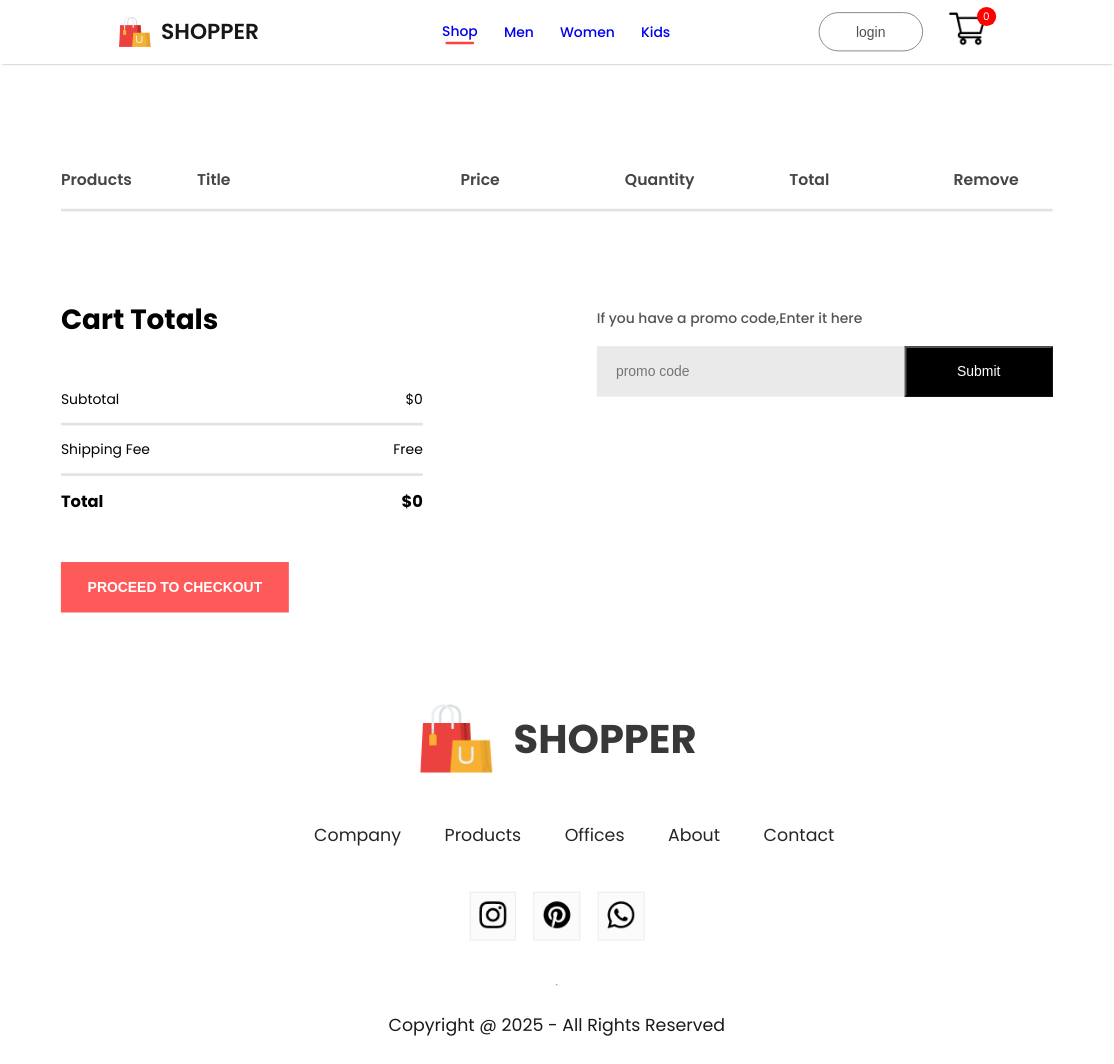
Repository: PayalJakhar/Shoppers-E-commerce-Website
Page: /cart (app in frontend/)
The author's editor kept a copy of each file at every save. The page is drawn from the files as they stood at one save, then again after the next save.
The browser window is 1280 px wide. The pictures show the whole page, at 87% of full size.
The project was rebuilt for these pictures with package versions that can differ from the ones it lists, and the page was loaded fresh each time. Also part of the build but not shown: frontend/src/App.css, frontend/src/Components/Hero/Hero.css, frontend/src/Components/Hero/Hero.jsx, frontend/src/Components/Popular/Popular.css, frontend/src/Components/Assets/Frontend_Assets/data.js, frontend/src/Components/Item/Item.css, frontend/src/Components/Item/Item.jsx, frontend/src/Components/Popular/Popular.jsx and 21 more.

Above is the page before, as saved 2025-01-17 19:20:02.

After the next save:
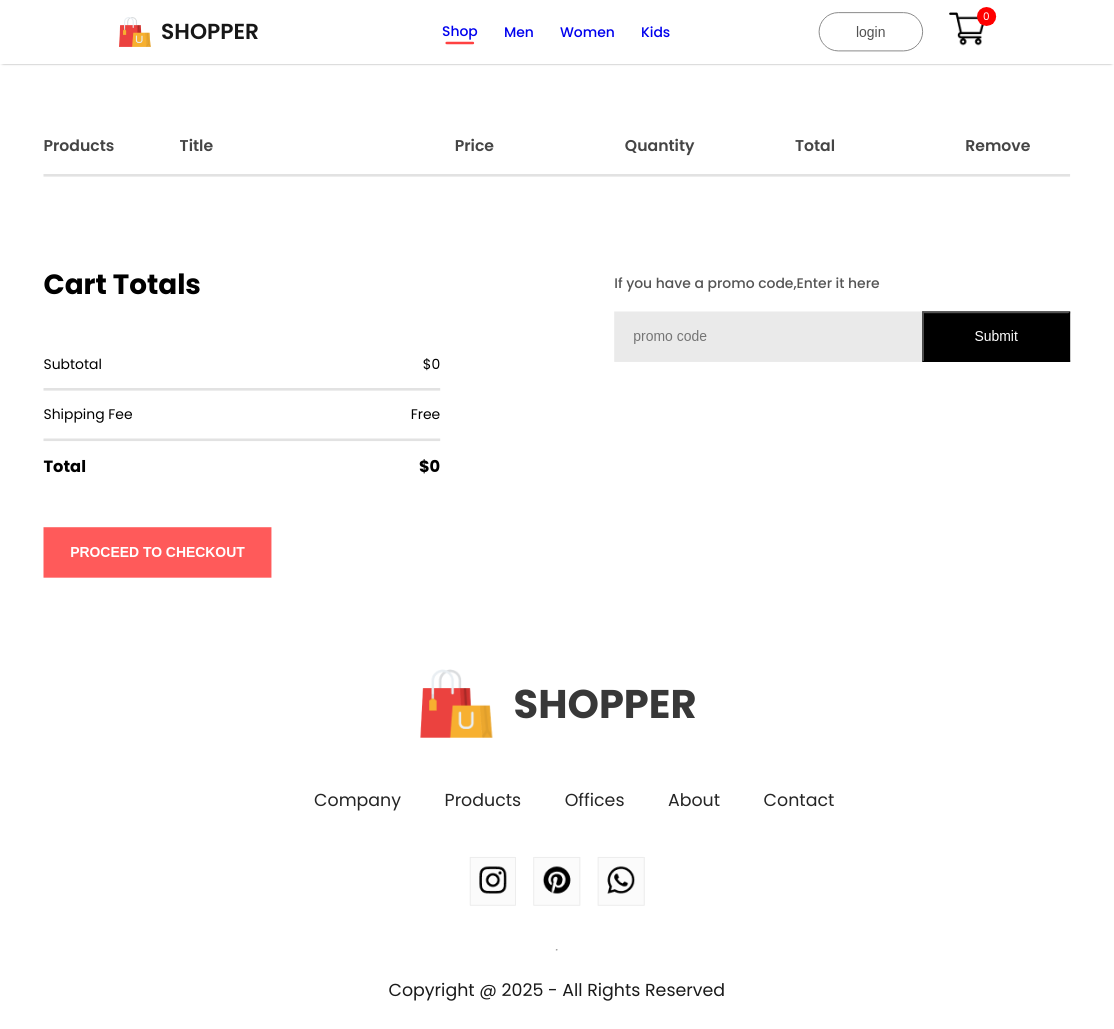
Saved 4 s later.
--- a/frontend/src/Components/CartItems/CartItems.css
+++ b/frontend/src/Components/CartItems/CartItems.css
@@ -98,7 +98,7 @@
     cursor: pointer;
 }
 
-media(max-width:1280px){
+@media(max-width:1280px){
     .cartitems{
         margin: 60px 50px;
     }
